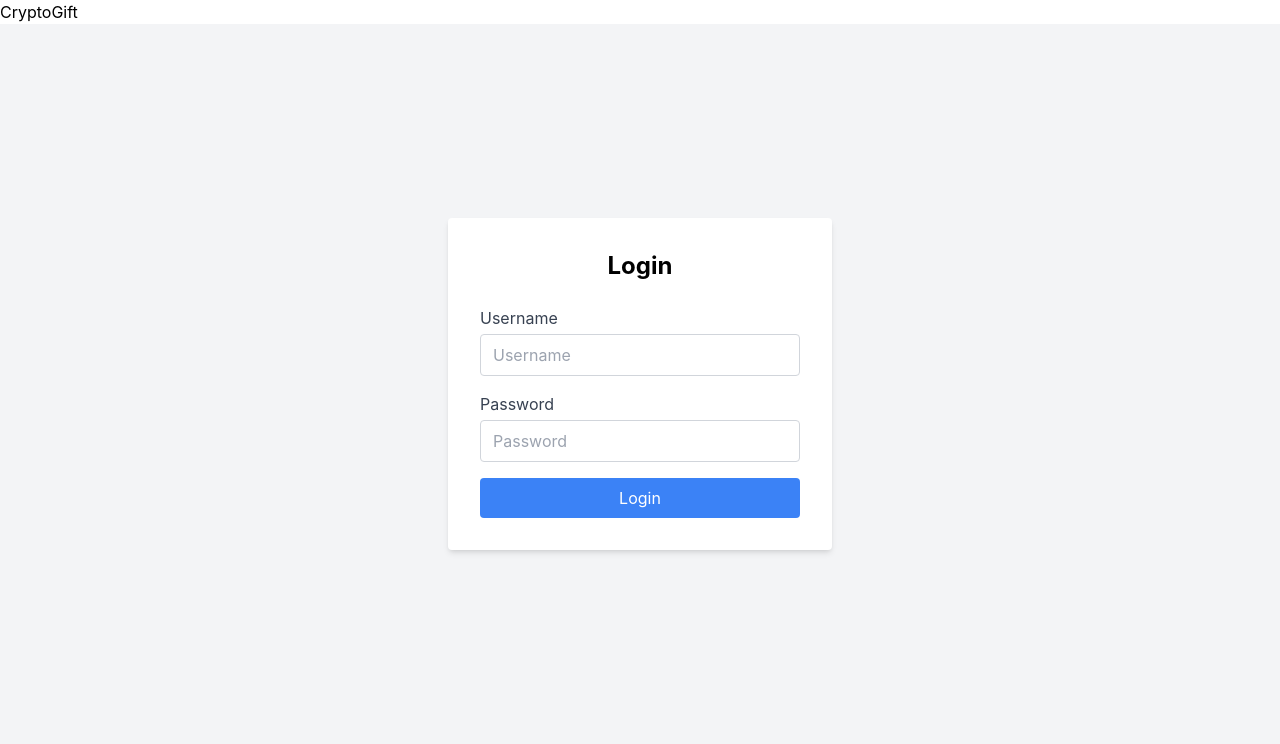
Repository: smnshzh/django-react-cryptogift
Page: / (app in cryptogift-frontend/)
These files come from the project's save history. The page is drawn as it stood at one moment and after the next save; the edit follows.
The browser window is 1280 px wide. The pictures show the whole page.
The project was rebuilt for these pictures with package versions that can differ from the ones it lists, and the page was loaded fresh each time. Also part of the build but not shown: cryptogift-frontend/src/components/GiftForm.js.

Above is the page before, as saved 2024-09-27 00:19:31.

### cryptogift-frontend/src/App.js
import React, { useState } from 'react';
import GiftForm from './components/GiftForm';
import Login from './components/Login';

const App = () => {
    const [isAuthenticated, setIsAuthenticated] = useState(!!localStorage.getItem('token'));

    const handleLogin = () => {
        setIsAuthenticated(true);
    };

    const handleLogout = () => {
        localStorage.removeItem('token');
        setIsAuthenticated(false);
    };

    return (
        <div className="app-container">
            <h1>CryptoGift</h1>
            {isAuthenticated ? (
                <>
                    <GiftForm />
                    <button onClick={handleLogout}>Logout</button>
                </>
            ) : (
                <Login onLogin={handleLogin} />
            )}
        </div>
    );
};

export default App;

### cryptogift-frontend/src/components/Login.js
import React, { useState } from 'react';
import axios from 'axios';

const Login = ({ onLogin }) => {
    const [username, setUsername] = useState('');
    const [password, setPassword] = useState('');
    const [error, setError] = useState('');

    const handleSubmit = async (e) => {
        e.preventDefault();
        try {
            const response = await axios.post('http://localhost:8000/auth/login/', {
                username,
                password,
            });

            localStorage.setItem('token', response.data.key);  // Store token in local storage
            onLogin();  // Call the onLogin function passed as a prop
        } catch (err) {
            console.log(err)
            setError('Invalid credentials. Please try again.');
        }
    };

    return (
        <div className="flex items-center justify-center h-screen bg-gray-100">
            <div className="bg-white p-8 rounded shadow-md w-96">
                <h2 className="text-2xl font-bold mb-6 text-center">Login</h2>
                {error && <p className="text-red-500 mb-4">{error}</p>}
                <form onSubmit={handleSubmit}>
                    <div className="mb-4">
                        <label className="block text-gray-700">Username</label>
                        <input
                            type="text"
                            value={username}
                            onChange={(e) => setUsername(e.target.value)}
                            placeholder="Username"
                            required
                            className="border border-gray-300 rounded w-full py-2 px-3 mt-1"
                        />
                    </div>
                    <div className="mb-4">
                        <label className="block text-gray-700">Password</label>
                        <input
                            type="password"
                            value={password}
                            onChange={(e) => setPassword(e.target.value)}
                            placeholder="Password"
                            required
                            className="border border-gray-300 rounded w-full py-2 px-3 mt-1"
                        />
                    </div>
                    <button type="submit" className="bg-blue-500 text-white rounded w-full py-2 hover:bg-blue-600">
                        Login
                    </button>
                </form>
            </div>
        </div>
    );
};

export default Login;

### cryptogift-frontend/tailwind.config.js
/** @type {import('tailwindcss').Config} */
module.exports = {
  content: [
    "./src/**/*.{js,jsx,ts,tsx}", // Paths to all your template files
  ],
  theme: {
    extend: {},
  },
  plugins: [],
}

Loaded but not shown: cryptogift-frontend/public/index.html (common file); cryptogift-frontend/src/index.js (common file); cryptogift-frontend/src/index.css (common file); cryptogift-frontend/src/reportWebVitals.js (common file)

After the next save:
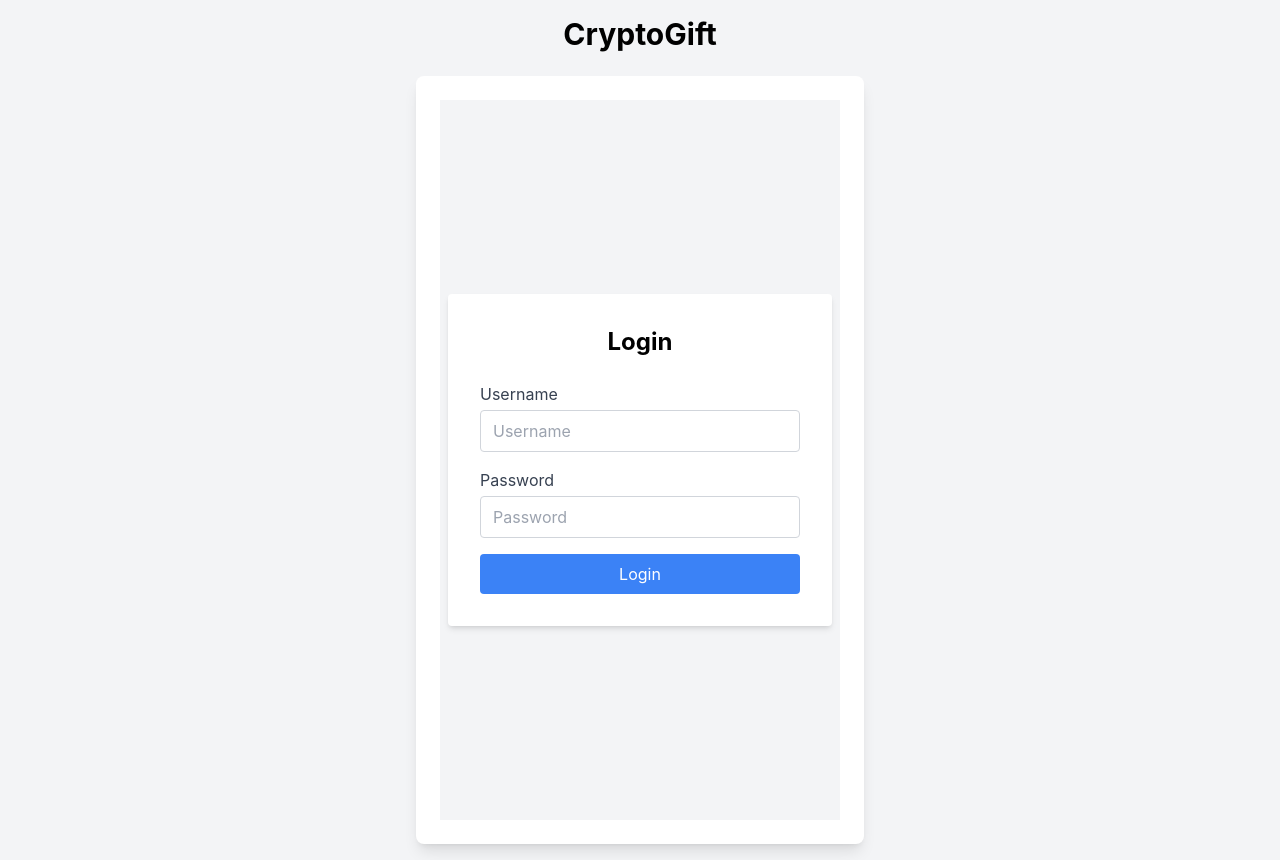
Saved 5 min 17 s later.
--- a/cryptogift-frontend/src/App.js
+++ b/cryptogift-frontend/src/App.js
@@ -15,16 +15,23 @@ const App = () => {
     };
 
     return (
-        <div className="app-container">
-            <h1>CryptoGift</h1>
-            {isAuthenticated ? (
-                <>
-                    <GiftForm />
-                    <button onClick={handleLogout}>Logout</button>
-                </>
-            ) : (
-                <Login onLogin={handleLogin} />
-            )}
+        <div className="min-h-screen bg-gray-100 flex flex-col items-center justify-center p-4">
+            <h1 className="text-3xl font-bold mb-6">CryptoGift</h1>
+            <div className="w-full max-w-md bg-white shadow-lg rounded-lg p-6">
+                {isAuthenticated ? (
+                    <>
+                        <GiftForm />
+                        <button
+                            onClick={handleLogout}
+                            className="mt-4 w-full bg-red-500 text-white py-2 rounded hover:bg-red-600 transition duration-200"
+                        >
+                            Logout
+                        </button>
+                    </>
+                ) : (
+                    <Login onLogin={handleLogin} />
+                )}
+            </div>
         </div>
     );
 };
